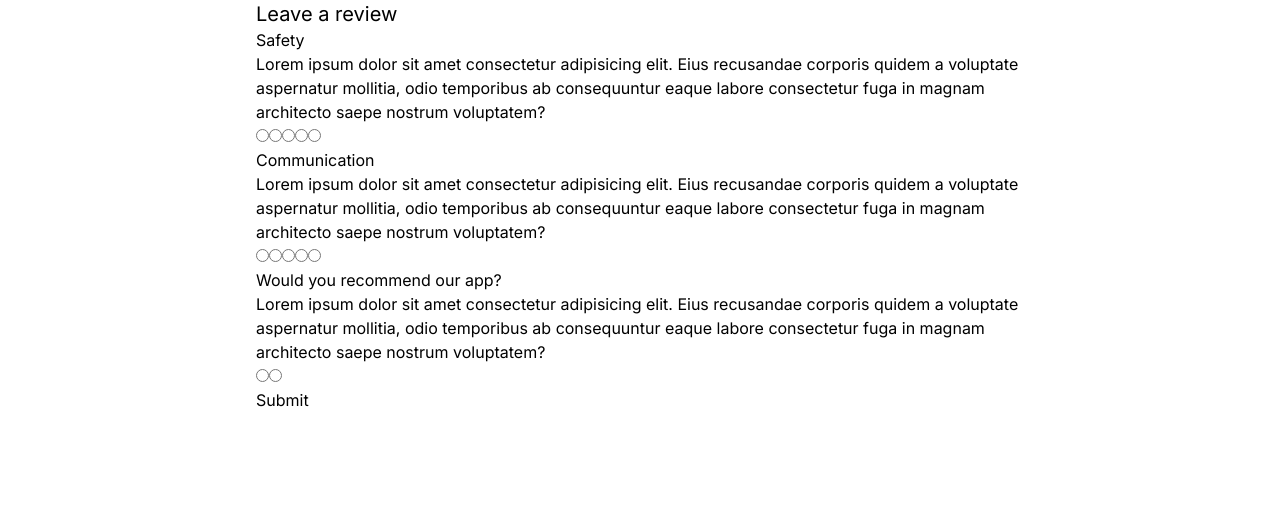
Repository: akankshaajoshi/review-form
Page: /review
An editor plug-in stored every save of this project. The page is shown before and after the next save, followed by the edit.
The browser window is 1280 px wide. The pictures show the whole page.
The project was rebuilt for these pictures with package versions that can differ from the ones it lists, and the page was loaded fresh each time. The framework's server and built-in components were replaced by stand-ins that run in the browser. Also part of the build but not shown: next.config.mjs.

Above is the page before, as saved 2024-05-25 12:29:09.

### app/(routes)/review/page.tsx
'use client'
import { useFormState, useFormStatus } from "react-dom";
import {createReview} from "@/app/actions"

const initialState = {
    message: null,
}

function SubmitButton(){
    const {pending} = useFormStatus();
    return (
        <button type="submit" aria-disabled={pending}>
            Submit
        </button>
    )
}

export default function Review(){
    const ratings = [1, 2, 3, 4, 5];
    const [state, formAction] = useFormState(createReview, initialState);
    return (
        <div className="flex flex-col items-center content-center w-[100vw] h-[100vh]">
            <div className="flex flex-col gap-x-4 items-left h-[80vh] w-[60vw]">
            <h2 className="text-xl text-bold">Leave a review</h2>
            {state?.message}
            <form action={formAction}>
                <fieldset>
                    <label htmlFor="safety">Safety</label>
                    <p>Lorem ipsum dolor sit amet consectetur adipisicing elit. Eius recusandae corporis quidem a voluptate aspernatur mollitia, odio temporibus ab consequuntur eaque labore consectetur fuga in magnam architecto saepe nostrum voluptatem?</p>
                    {ratings.map((item, index) =>{
                        return (
                            <input key={index} type="radio" name="safety" id={item.toString()} value={item}/>
                        )
                    })}
                </fieldset>
                <fieldset>
                    <label htmlFor="communication">Communication</label>
                    <p>Lorem ipsum dolor sit amet consectetur adipisicing elit. Eius recusandae corporis quidem a voluptate aspernatur mollitia, odio temporibus ab consequuntur eaque labore consectetur fuga in magnam architecto saepe nostrum voluptatem?</p>
                    {ratings.map((item, index) =>{
                        return (
                            <input key={index} type="radio" name="communication" id={item.toString()} value={item}/>
                        )
                    })}
                </fieldset>
                <fieldset>
                    <label htmlFor="recommend">Would you recommend our app? </label>
                    <p>Lorem ipsum dolor sit amet consectetur adipisicing elit. Eius recusandae corporis quidem a voluptate aspernatur mollitia, odio temporibus ab consequuntur eaque labore consectetur fuga in magnam architecto saepe nostrum voluptatem?</p>
                    <input type="radio" name="recommend" id="true" value="true" />
                    <input type="radio" name="recommend" id="false" value="false"/>
                </fieldset>
                <SubmitButton/>
            </form>
            </div>
        </div>
    )
}

### app/actions.tsx
'use server'

import {revalidatePath} from "next/cache";
import {sql} from "@vercel/postgres"
import {z} from 'zod'
// CREATE TABLE reviews (
//     id SERIAL PRIMARY KEY,
//      safety INTEGER NOT NULL,
//     communication INTEGER NOT NULL,
//      recommend VARCHAR(5) NOT NULL );
export async function createReview(prevState: {message: string}, formData: FormData){

    const schema = z.object({
        safety: z.number(),
        communication: z.number(),
        recommend: z.string(),
    })
    const parse = schema.safeParse({
        safety: Number(formData.get('safety')),
        communication: Number(formData.get('communication')),
        recommend: formData.get('recommend'),
    })

    if (!parse.success) {
        console.log("incorrect parse")
        return { message: "Failed to create todo" };
      }

    const data = parse.data

    try{
        await sql`
        INSERT INTO reviews(safety, communication, recommend) VALUES (${data.safety}, ${data.communication}, ${data.recommend})
        `
        // revalidatePath('/reviews/' )
        return {message: `Added review successfully.`}
    }catch(err){
        console.log(err)
        return {message: `Failed to add review.`}
    }
}

Loaded but not shown: app/layout.tsx (common file); app/globals.css (common file); tailwind.config.ts (common file)

After the next save:
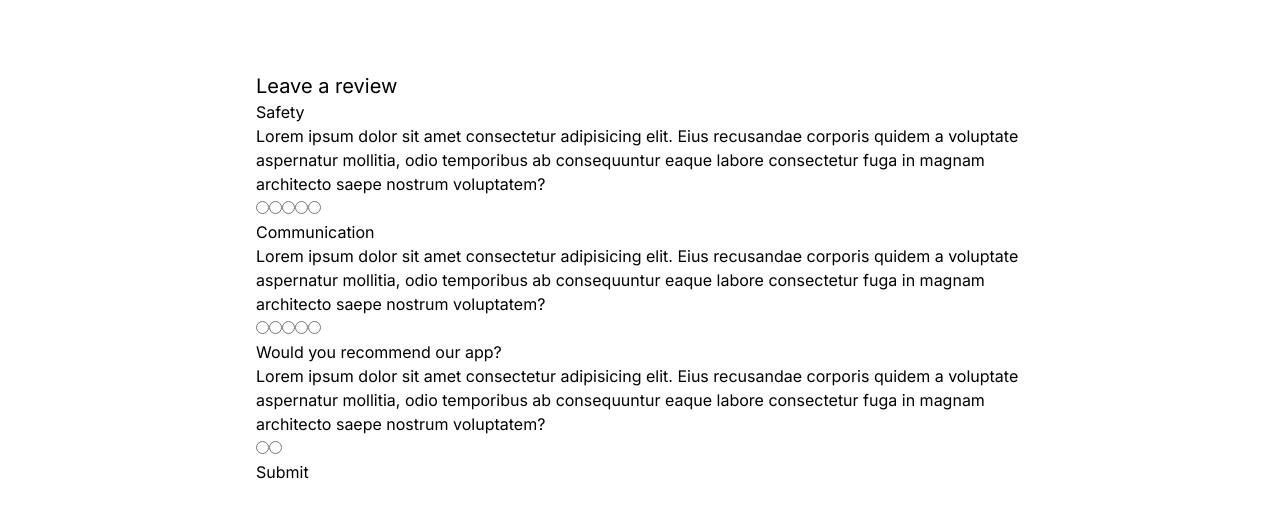
Saved 28 s later.
--- a/app/(routes)/review/page.tsx
+++ b/app/(routes)/review/page.tsx
@@ -19,8 +19,8 @@ export default function Review(){
     const ratings = [1, 2, 3, 4, 5];
     const [state, formAction] = useFormState(createReview, initialState);
     return (
-        <div className="flex flex-col items-center content-center w-[100vw] h-[100vh]">
-            <div className="flex flex-col gap-x-4 items-left h-[80vh] w-[60vw]">
+        <div className="flex flex-col items-center w-[100vw] h-[100vh]">
+            <div className="flex flex-col gap-x-4 items-left mt-[10vh] h-[80vh] w-[60vw]">
             <h2 className="text-xl text-bold">Leave a review</h2>
             {state?.message}
             <form action={formAction}>
